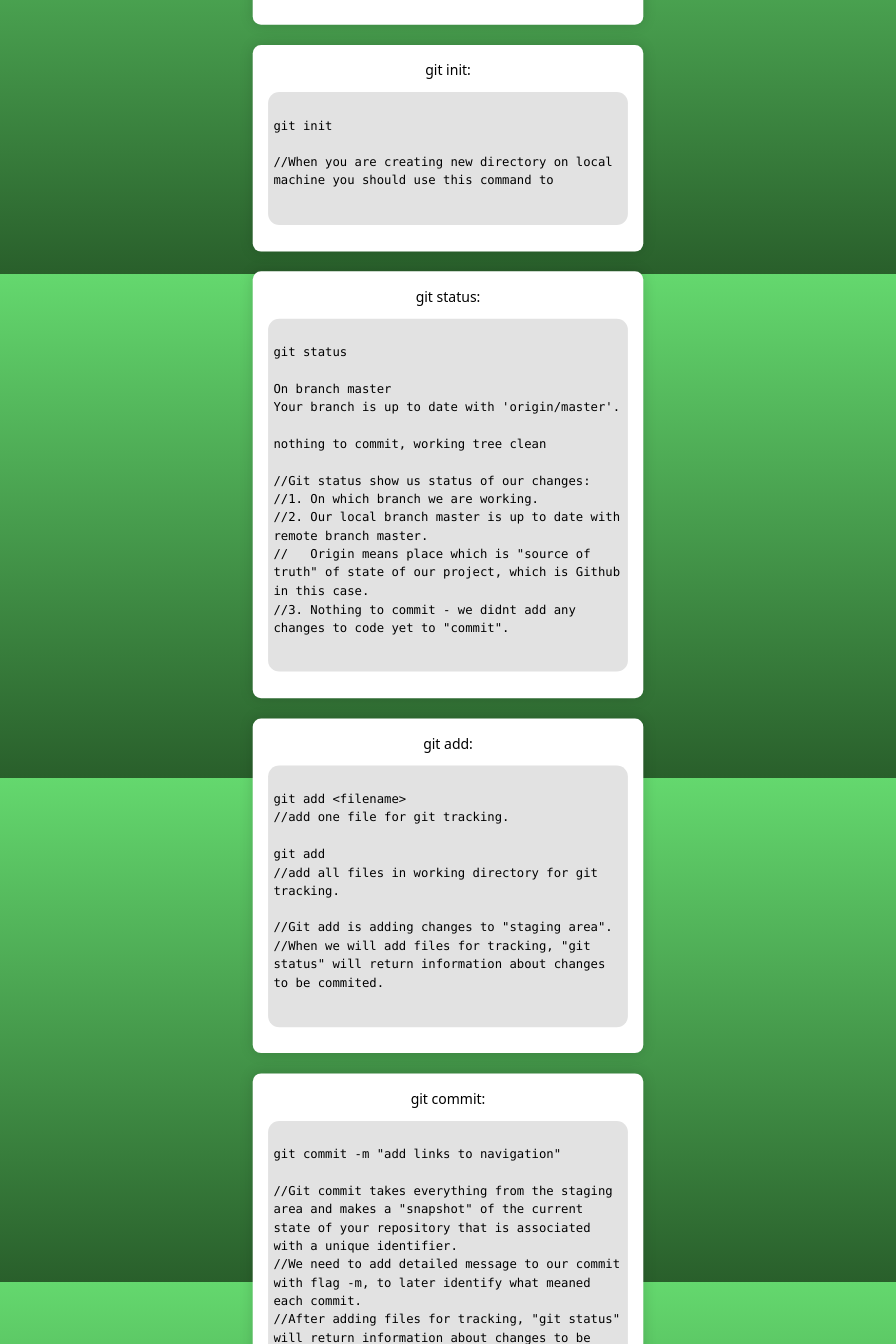
Repository: michalgornicki/git
Page: /#/Basics
An editor plug-in stored every save of this project. The page is shown before and after a run of saves, followed by the edit.
The browser window is 1280 px wide. The pictures show the part of the page from y = 1049 to 2969 px (the page is 10426 px tall before and 10452 px after), at 70% of full size.
Backgrounds fixed to the window are drawn as part of the page. The project was rebuilt for these pictures with package versions that can differ from the ones it lists, and the page was loaded fresh each time. Also part of the build but not shown: src/components/structure.jsx, src/components/conflicts.jsx.

Above is the page before, as saved 2022-02-10 13:38:24.

### src/App.jsx
import React from "react";
import "./App.css";
import "bootstrap/dist/css/bootstrap.min.css";
import { Route, HashRouter as Router, Routes, Link } from "react-router-dom";
import Basics from "./components/basics.jsx";
import Structure from "./components/structure.jsx";
import Conflicts from "./components/conflicts.jsx";

function App() {
  return (
    <Router>
      <div className="text-center">
        <div className="display-1 mt-1 mb-5 text-white">Git repeat course</div>

        <div className="h3 d-flex w-75 m-auto my-5 justify-content-evenly flex-wrap text-white">
          <Link className="link-style mx-3" to="/Basics">
            Basics
          </Link>
          <Link className="link-style mx-3" to="/Structure">
            Project structure
          </Link>
          <Link className="link-style mx-3" to="/Conflicts">
            Conflicts
          </Link>
        </div>

        <Routes>
          <Route path="/Basics" element={<Basics />} />
          <Route path="/Structure" element={<Structure />} />
          <Route path="/Conflicts" element={<Conflicts />} />
        </Routes>
      </div>
    </Router>
  );
}

export default App;

### src/App.css
@import url('https://fonts.googleapis.com/css2?family=Catamaran:wght@400&display=swap');

body{
    font-family: 'Catamaran', sans-serif;
    overflow-x: hidden;
    padding-bottom: 80vh;
    height: auto;
    background: linear-gradient(rgb(100, 216, 110), rgb(41, 95, 43));
    background-attachment: fixed;
}

.js-item{
    color:rgb(0, 0, 0);
    font-size: 1.25rem;
    background-color: rgb(255, 255, 255);
    transition: 0.2s;
    padding: 3vh;
    margin-bottom: 4vh!important;
    width: 50%;
    margin-left: auto;
    margin-right: auto;
    box-shadow: 0px 0px 20px rgba(0, 0, 0, 0.15);
    border-radius: 0.75rem;
}

.text-pink{
    padding: 0.5rem;
    margin-top: 1rem;
    margin-bottom: 1rem;
    color:rgb(0, 0, 0)!important;
    font-size: 1.25rem;
    border-radius: 1rem;
    text-align: left;
    background-color: rgb(226, 226, 226);
}

pre {
    white-space: pre-wrap;       /* css-3 */
    white-space: -moz-pre-wrap;  /* Mozilla, since 1999 */
    white-space: -pre-wrap;      /* Opera 4-6 */
    white-space: -o-pre-wrap;    /* Opera 7 */
    word-wrap: break-word;       /* Internet Explorer 5.5+ */
   }

.link-style{
    color: inherit;
    text-decoration: inherit;
}

.link-style:hover{
    color: rgb(255, 138, 84);
}

@media only screen and (max-device-width: 600px), (max-width: 600px) {

    .js-item{
        width: 95%;
    }

}

### src/components/basics.jsx
const Basics = () => {
  return (
    <div className="container">
      <div className="js-item">
        {" "}
        <div className="">Setup: </div>
        <div className="text-pink">
          <pre>{`
First you should:
1. Install git from git website:
https://git-scm.com/book/en/v2/Getting-Started-Installing-Git
2. Signup for Github account (or similar alternative like Gitlab) and create new repository.

If you use Microsoft Visual Studio Code (which i recommend) you can skip first point, because it have git built-in.
You can control git using terminal.
          `}</pre>
        </div>
      </div>
      <div className="js-item">
        {" "}
        <div className="">git clone: </div>
        <div className="text-pink">
          <pre>{`
git clone https://github.com/michalgornicki/react.git

//Cloning repo will download all of the project's code and metadata from source.
          `}</pre>
        </div>
      </div>

      <div className="js-item">
        {" "}
        <div className="">git init: </div>
        <div className="text-pink">
          <pre>{`
git init

//When you are creating new directory on local machine you should use this command to
          `}</pre>
        </div>
      </div>

      <div className="js-item">
        {" "}
        <div className="">git status: </div>
        <div className="text-pink">
          <pre>{`
git status

On branch master
Your branch is up to date with 'origin/master'.

nothing to commit, working tree clean

//Git status show us status of our changes:
//1. On which branch we are working.
//2. Our local branch master is up to date with remote branch master.
//   Origin means place which is "source of truth" of state of our project, which is Github in this case.
//3. Nothing to commit - we didnt add any changes to code yet to "commit".
          `}</pre>
        </div>
      </div>
      <div className="js-item">
        {" "}
        <div className="">git add: </div>
        <div className="text-pink">
          <pre>{`
git add <filename>
//add one file for git tracking.

git add
//add all files in working directory for git tracking.

//Git add is adding changes to "staging area".
//When we will add files for tracking, "git status" will return information about changes to be commited.
          `}</pre>
        </div>
      </div>

      <div className="js-item">
        {" "}
        <div className="">git commit: </div>
        <div className="text-pink">
          <pre>{`
git commit -m "add links to navigation"

//Git commit takes everything from the staging area and makes a "snapshot" of the current state of your repository that is associated with a unique identifier.
//We need to add detailed message to our commit with flag -m, to later identify what meaned each commit.
//After adding files for tracking, "git status" will return information about changes to be commited.
          `}</pre>
        </div>
      </div>

      <div className="js-item">
        {" "}
        <div className="">git log: </div>
        <div className="text-pink">
          <pre>{`

git log

commit 52451db1ff6f6e1d2a3c45dc51050ec6df550c0e (HEAD -> master, origin/master)
Author: Michal Gornicki <gornickimichal@gmail.com>
Date:   Wed Feb 9 12:56:32 2022 +0100

    add new items

commit 78a05f0907064f5dadd4de2284dc3b10f9e7a6a7
Author: Michal Gornicki <gornickimichal@gmail.com>
Date:   Wed Feb 9 12:15:36 2022 +0100

    add new hooks

//With this command we can see information about our latest commits.

          `}</pre>
        </div>
      </div>
      <div className="js-item">
        {" "}
        <div className="">git remote: </div>
        <div className="text-pink">
          <pre>{`

git remote
//List the remote connections you have to other repositories.

git remote -v
//Same as above but with URL links to each repository.

git remote add <name> <url>
//Create a new connection to a remote repository.


//Before we push our commit to remote repository we must add connection to it.

          `}</pre>
        </div>
      </div>

      <div className="js-item">
        {" "}
        <div className="">git push: </div>
        <div className="text-pink">
          <pre>{`

git push <remote destination> <branch>
git push origin master

Enumerating objects: 15, done.
Counting objects: 100% (15/15), done.
Delta compression using up to 8 threads
Compressing objects: 100% (9/9), done.
Writing objects: 100% (9/9), 1.29 KiB | 1.29 MiB/s, done.
Total 9 (delta 7), reused 0 (delta 0), pack-reused 0
remote: Resolving deltas: 100% (7/7), completed with 6 local objects.
To https://github.com/michalgornicki/javascript
   c1ef9d3..46b6abd  master -> master

//With this command we can push our changes from local directory to origin remote - Github repository.
//After "git push" we must specify remote branch where our commit will land.

          `}</pre>
        </div>
      </div>

      <div className="js-item">
        {" "}
        <div className="">git diff: </div>
        <div className="text-pink">
          <pre>{`

git diff

-  Effect hook execute function or functions after every render of its component.
+  Effect hook execute function or functions after every render of its component by default.

//This command shows changes between commits, commit and working tree, two files etc.

          `}</pre>
        </div>
      </div>

      <div className="js-item">
        {" "}
        <div className="">git checkout: </div>
        <div className="text-pink">
          <pre>{`

git checkout -b lower-branch

Switched to a new branch 'lower-branch'

git checkout master

Switched to a branch 'master'


//Use git checkout to switch branches or create new branch.
//Branch is a pointer to a specific timeline of the Git history.
//Creating branches is key feature for working in team, you can work on separate branch without affecting core of the project code.

          `}</pre>
        </div>
      </div>
      <div className="js-item">
        {" "}
        <div className="">git merge: </div>
        <div className="text-pink">
          <pre>{`

git merge lower-branch

Updating f5b6e2f..741822a
Fast-forward
 file.txt | 1 +
 1 file changed, 1 insertion(+)
 create mode 100644 file.txt

//This command try to merge content of selected branch into current branch.

          `}</pre>
        </div>
      </div>
      <div className="js-item">
        {" "}
        <div className="">git branch -D: </div>
        <div className="text-pink">
          <pre>{`

git branch -D lower-branch

Deleted branch lower-branch (was 741822a).


//After merging our branch to master branch we can delete it with this command.

          `}</pre>
        </div>
      </div>
      <div className="js-item">
        {" "}
        <div className="">Create pull request: </div>
        <div className="text-pink">
          <pre>{`

//After pushing new branch to remote you can create new pull request on Github.
//After creating pull request anyone with push access to the repository can complete the merge your pulled request into master branch.

          `}</pre>
        </div>
      </div>
      <div className="js-item">
        {" "}
        <div className="">git restore: </div>
        <div className="text-pink">
          <pre>{`

git restore <filename>
//Restore state of single file.

git restore .
//Restore state of all files in working directory.

git restore --staged <filename>
//Unstage file.

//git restore is used to restore/discard the uncommitted local changes of files.
//It also can be used for unstage files (revert git add).
//This command returns state of local directory to last commit state.

          `}</pre>
        </div>
      </div>
      <div className="js-item">
        {" "}
        <div className="">git fetch: </div>
        <div className="text-pink">
          <pre>{`

git fetch
//This command downloads new information from the remote about the status of the repo.

git status

On branch master
Your branch is behind 'origin/master' by 2 commits, and can be fast-forwarded.
  (use "git pull" to update your local branch)

nothing to commit, working tree clean

//After git fetch when we use git status we can check if our local branch is behind remote branch.
//We can receive instruction to use git pull to update local files.

          `}</pre>
        </div>
      </div>
      <div className="js-item">
        {" "}
        <div className="">git pull: </div>
        <div className="text-pink">
          <pre>{`

git pull

//The git pull command is a shorthand for running two commands: git fetch followed by a git merge.
// Use this command to update files on local branch from remote.

          `}</pre>
        </div>
      </div>
    </div>
  );
};

export default Basics;

Loaded but not shown: public/index.html (common file); src/index.js (common file); src/index.css (common file); src/reportWebVitals.js (common file)

After the next 8 saves:
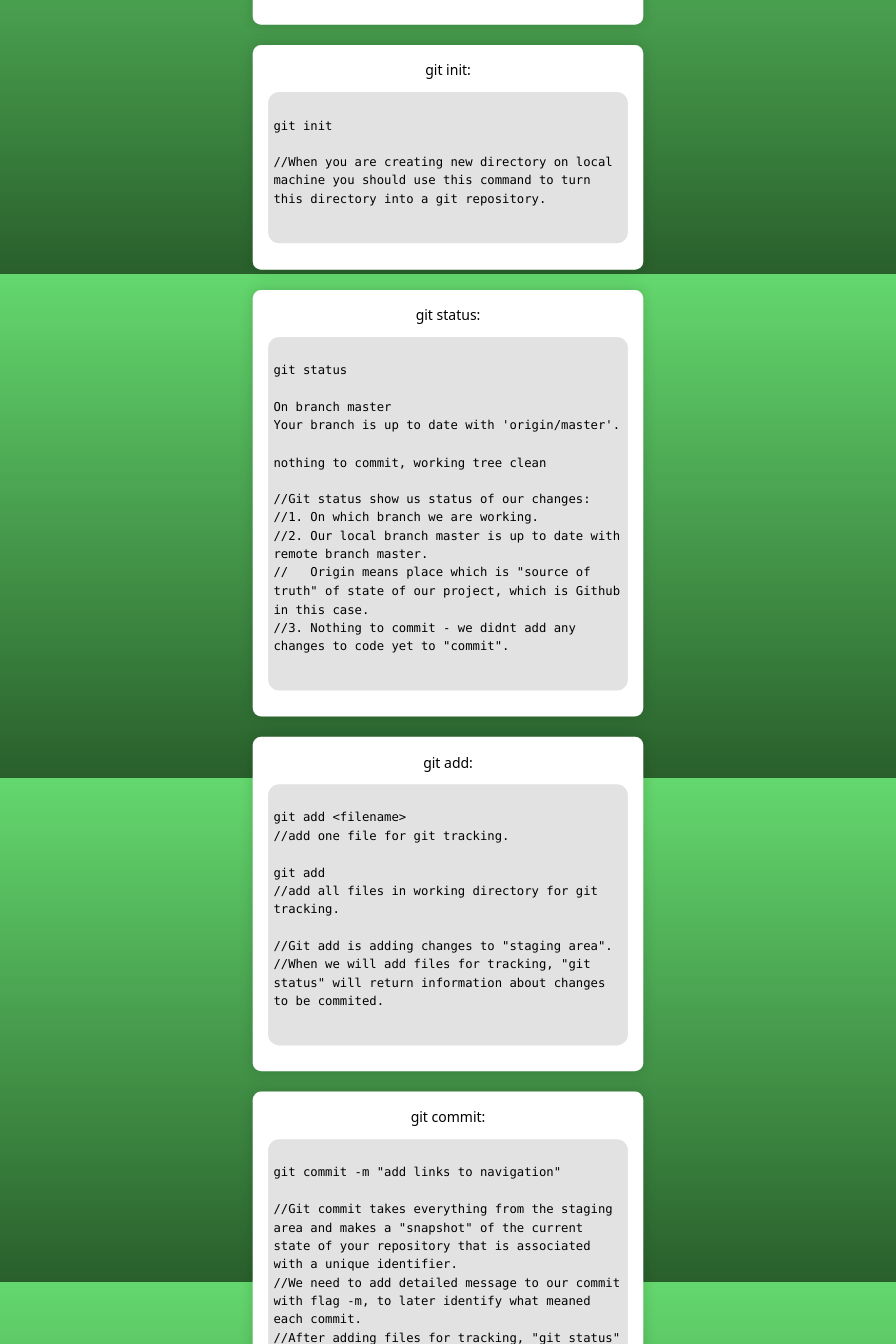
The 8 saves are shown as one change because they came seconds apart.
The last was saved 24 s later.
--- a/src/components/basics.jsx
+++ b/src/components/basics.jsx
@@ -35,7 +35,7 @@ git clone https://github.com/michalgornicki/react.git
           <pre>{`
 git init
 
-//When you are creating new directory on local machine you should use this command to
+//When you are creating new directory on local machine you should use this command to turn this directory into a git repository.
           `}</pre>
         </div>
       </div>
